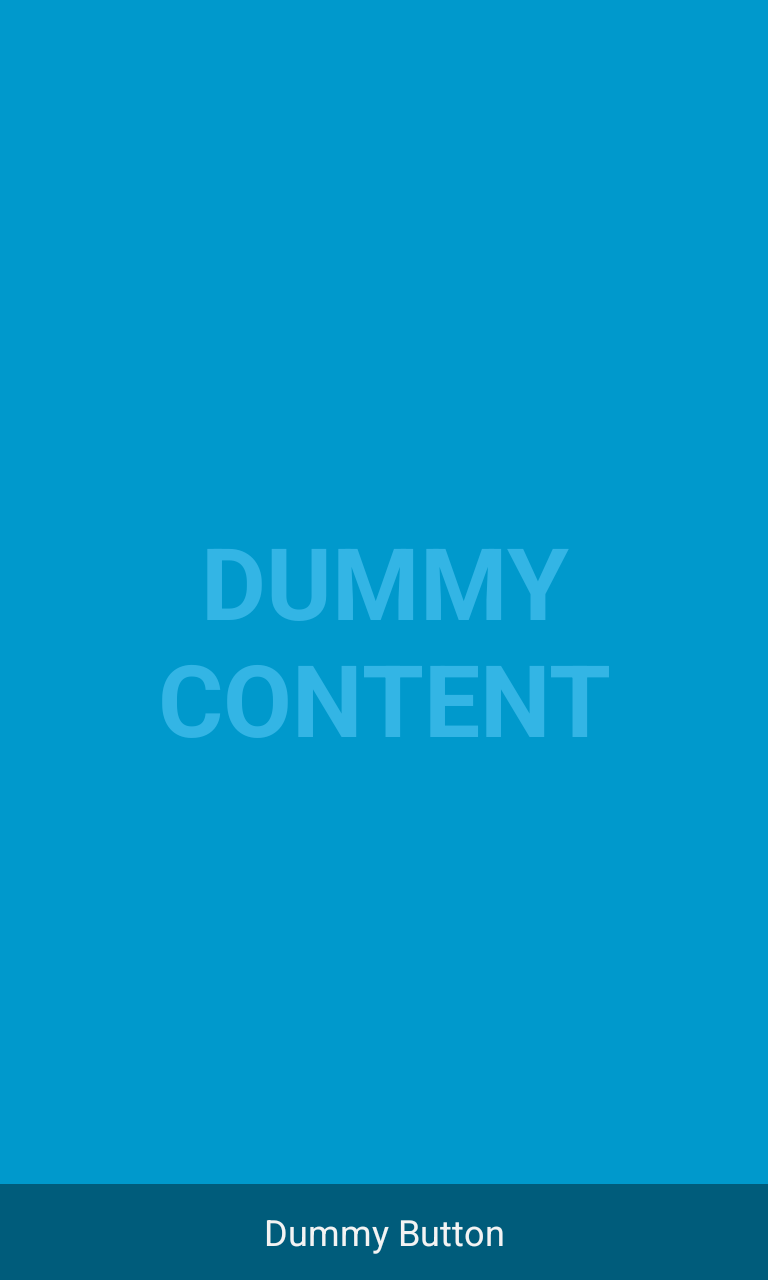
Repository: shababislam/VDialer3000
Layout: VDialer3000/res/layout/activity_fullscreen.xml
An editor plug-in stored every save of this project. The layout is shown before and after the next save, followed by the edit.
It is drawn on a 768 x 1280 px phone screen (xhdpi) without system bars, with theme FullscreenTheme; the app's code is not run.

Above is the layout before, as saved 2016-12-02 22:35:30.

After the next save:
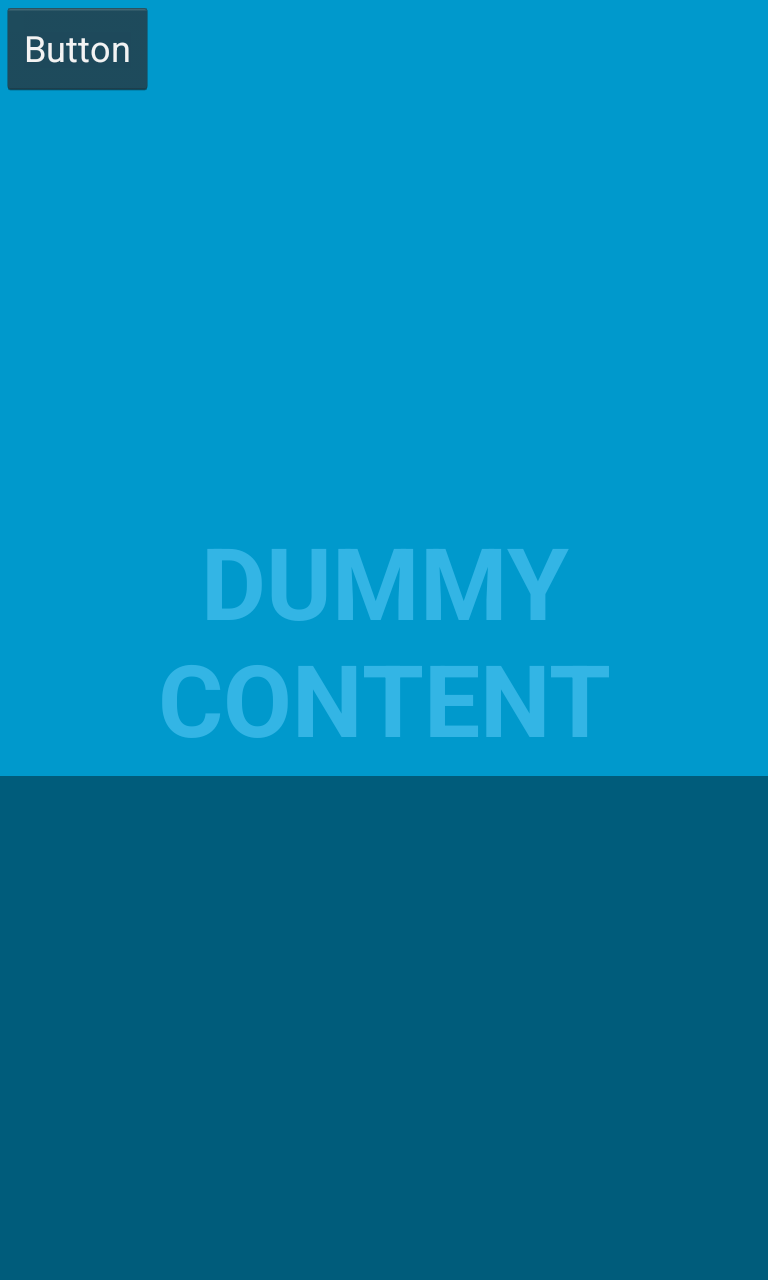
Saved 17 h 2 min later.
--- a/VDialer3000/res/layout/activity_fullscreen.xml
+++ b/VDialer3000/res/layout/activity_fullscreen.xml
@@ -46,10 +46,15 @@
                 android:id="@+id/dummy_button"
                 style="?metaButtonBarButtonStyle"
                 android:layout_width="0dp"
-                android:layout_height="wrap_content"
-                android:layout_weight="1"
+                android:layout_height="252dp"
                 android:text="@string/dummy_button" />
         </LinearLayout>
+
+        <Button
+            android:id="@+id/button1"
+            android:layout_width="wrap_content"
+            android:layout_height="wrap_content"
+            android:text="Button" />
     </FrameLayout>
 
 </FrameLayout>
